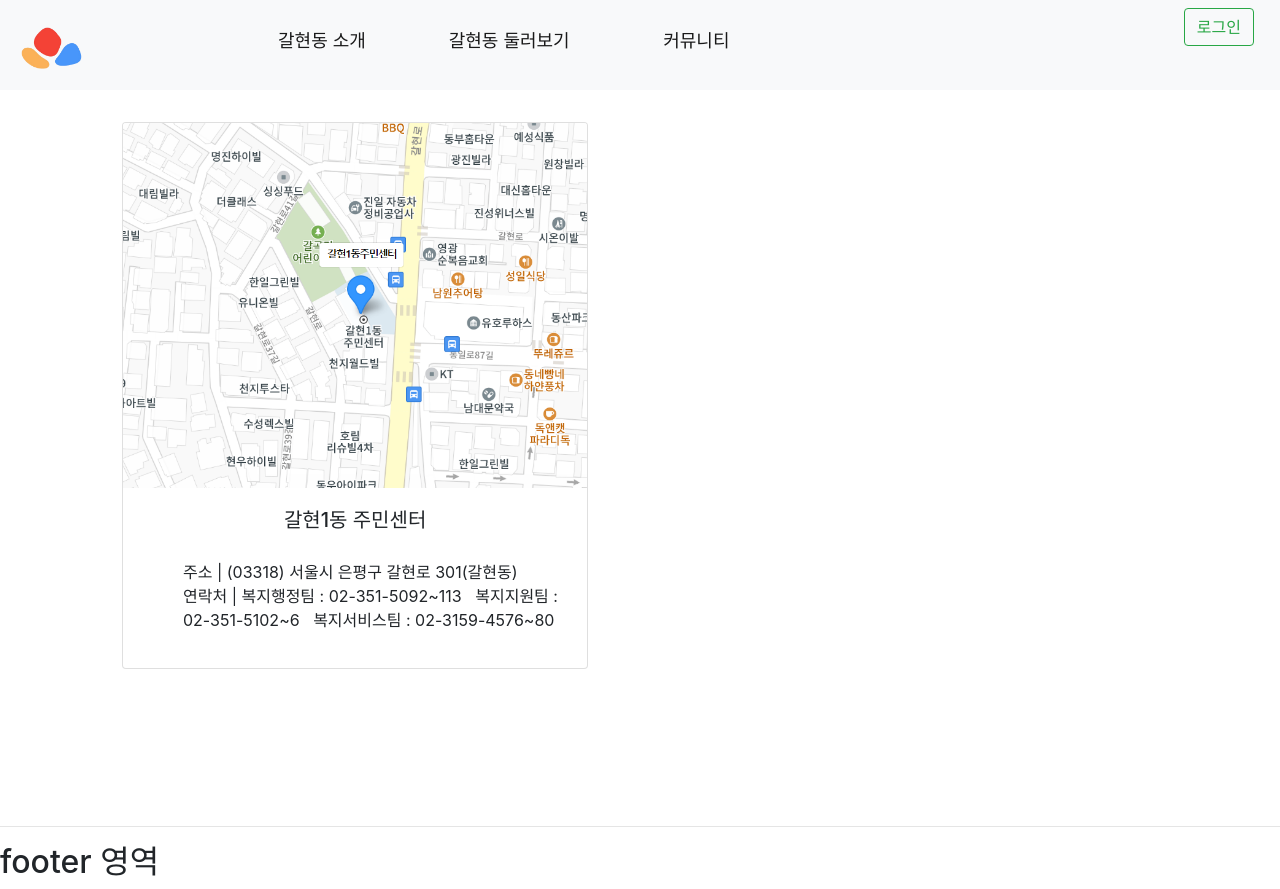
Repository: rnjsmj/pro01
Page: http://localhost/pro01/intro/map.jsp
An editor plug-in stored every save of this project. The page is shown before and after the next save, followed by the edit.
The browser window is 1280 px wide. The pictures show the whole page.
The page is served by Tomcat 9. Nobody is signed in. The application's start-up code is not run. Other server files are loaded and not shown. The template is opened directly, without the code that normally fills it, so the values that code supplies are empty.

Above is the page before, as saved 2024-04-14 16:11:24.

### pro01/WebContent/intro/map.jsp
<%@ page language="java" contentType="text/html; charset=UTF-8"
    pageEncoding="UTF-8"%>
<%@ taglib prefix="c" uri="http://java.sun.com/jsp/jstl/core" %>
<%@ taglib prefix="fmt" uri="http://java.sun.com/jsp/jstl/fmt" %>
<c:set var="path0" value="<%=request.getContextPath() %>" />
<!DOCTYPE html>
<html>
<head>
<meta charset="UTF-8">
<title>갈현동 소개 - 지역 유래</title>
<%@ include file="/head.jsp" %>
<style>
	#contents { background-color: #ffffff; height:100vh; text-align:center;justify-content:center; display:grid; }
	.page { padding : 2em; text-align : center; justify-content:center; width:1100px;}
	.map-main {text-align:center; width:100%}
	.div-map1 {float:left; text-align:center;  width:50%; box-sizing:border-box;}
	.div-map2 {float:right; text-align:center;  width:50%; box-sizing:border-box;}


	.box_list { display: inline-block; vertical-align: middle; list-style:none; margin-block-start: 1em;

    unicode-bidi: isolate;
    text-align:left;}

    .box_item {display:block; position:relative; list-style:none;
    display: inline-block;
    margin: 0;
    padding: 0;
    box-sizing: border-box;
    text-align:left;}
    .box_subject {
    top: 0;
    left: 0;
    font-size: 16px;
    line-height: 24px;
    display: inline-block;
    margin: 0;
    padding: 0;
    box-sizing: border-box;
    text-align:left;
    }
    .bax-text {
    	position: absolute;
    top: 0;
    left: 0;
    font-size: 16px;
    line-height: 24px;
    display: inline-block;
    margin: 0;
    padding: 0;
    box-sizing: border-box;
    }
    .card {width:90%;}



</style>
</head>
<body>
<div id="header">
	<%@ include file="/header.jsp" %>
</div>
<div id="contents">
	<section class="page" id="page1">

		<div class="map-main">
			<div class="div-map1">
				<div class="card" >
					<img class="card-img-top" src="${path0 }/images/main/map1.png" alt="갈현1동주민센터">
					<div class="card-body">
						<h5 class="card-title">갈현1동 주민센터</h5>
						<ul class="box_list">
							<li class="box_item address">
								<span class="box_subject">주소   |</span>
								<span class="box_text">(03318) 서울시 은평구 갈현로 301(갈현동)</span>
							</li>
							<li class="box_item contect">
								<span class="box_subject">연락처   |</span>
								<span class="box_text">복지행정팀 : 02-351-5092~113</span>&nbsp;&nbsp;
								<span class="box_text">복지지원팀 : 02-351-5102~6</span>&nbsp;&nbsp;
								<span class="box_text">복지서비스팀 : 02-3159-4576~80</span>

							</li>
						</ul>
					</div>
				</div>
			</div>

			<div class="div-map2">

			</div>
		</div>
	</section>
</div>
<div id="footer">
	<%@ include file="/footer.jsp" %>
</div>
</body>
</html>

### pro01/WebContent/head.jsp
<%@ page language="java" contentType="text/html; charset=UTF-8"
    pageEncoding="UTF-8"%>
<%@ taglib prefix="c" uri="http://java.sun.com/jsp/jstl/core" %>
<%@ taglib prefix="fmt" uri="http://java.sun.com/jsp/jstl/fmt" %>
<c:set var="ipath" value="<%= request.getContextPath() %>" />
<script src="${ipath }/js/jquery-3.2.1.min.js"></script>
<link rel="stylesheet" href="${ipath }/css/bootstrap.min.css" />
<link rel="stylesheet" href="https://cdnjs.cloudflare.com/ajax/libs/font-awesome/5.7.0/css/all.min.css" />
<script src="${ipath }/js/bootstrap.min.js"></script>
<meta name="viewport" content="width=device-width, initial-scale=1.0">
<meta name="subject" content="갈현동 소개 (Galhyeon-dong Intro)" />
<meta name="description" content="갈현동, 로데오거리, 맛집, 교통" />
<meta name="keywords" content="갈현동, 갈현1동, 갈현2동, 거리, 맛집, 교통편, 연신내역, 연신내, 구산역, 구산동, 구파발, 로데오거리, 연신내로데오거리, 메트로타워, 주점" />
<link rel="icon" href="${ipath }/images/favicon.png" />
<link rel="shortcut icon" href="${ipath}/images/favicon3.png" />
<meta property="og:type" content="website" />
<meta property="og:title" content="갈현동" />
<meta property="og:description" content="갈현동, 로데오거리, 맛집, 교통" />
<meta property="og:image" content="${ipath }/images/site.png" />
<meta property="og:url" content="http://localhost:8091" />
<link rel="stylesheet" href="${ipath }/css/common.css" />

### pro01/WebContent/header.jsp
<%@ page language="java" contentType="text/html; charset=UTF-8"
    pageEncoding="UTF-8"%>
<%@ taglib prefix="c" uri="http://java.sun.com/jsp/jstl/core" %>
<%@ taglib prefix="fmt" uri="http://java.sun.com/jsp/jstl/fmt" %>
<c:set var="hpath" value="<%=request.getContextPath() %>" />

<style>
	.navbar {width:100%; clear:both; display:block;}

	.navbar-brand { float:left; margin-right:80px; margin-top:0px; }
	#gnb {width:100%; height:90px; position:absoulute; top:0px; min-width:1100px; }
	.div-navbar {width:100%; display:block; float:left; }
	#gnb .navbar-nav { width:60%; margin:0auto; float:left; display:block; min-width:606px; text-align:center; margin-left:5%; height:80px;}
	#gnb .nav-item {float:left; position:relative; width:25%; height:80px; line-height:50px; text-align:center; display:block;  }
	#gnb .nav-item a {display:block; }
	.nav-link {font-size:18px;}


	#gnb .sub_menu {display:none; list-style:none; text-align:left; background-color:#ffffff; margin-top:10px; }
	#gnb .sub_menu a {text-decoration:none; color:black;}
	#gnb .sub_menu a:hover {font-weight:600; color:#69634e; }
	#gnb .item .sub_menu li {background-color:#ffffff; }
	#gnb .nav-item:hover .sub_menu {display:block; }
	#gnb .nav-item:hover a.nav-link{font-weight:600; }
	#gnb a {text-decoration:none;}

	.mem-manage {text-align:right;   width:200px; float:right;}
	.ul-mem {list-style:none; }
	.li-mem {list-style:none; margin-left:10px; margin-right:10px; float:right; display:block;}


</style>
<header>
	<nav class="navbar navbar-light bg-light" id="gnb">
	<div class="div-navbar">
  		<a class="navbar-brand" href="/pro01"><img alt="갈현동" src="${hpath }/images/favicon3.png" width=70px></a>
		<ul class="navbar-nav">
    		<li class="nav-item active"><a class="nav-link">갈현동 소개</a>
    			<ul class="sub_menu">
    				<li><a href="${hpath }/intro/origin.jsp">지명유래</a></li>
    				<li><a href="${hpath }/intro/map.jsp">오시는 길</a></li>
    			</ul>
    		</li>
    		<li class="nav-item active"><a class="nav-link">갈현동 둘러보기</a>
    			<ul class="sub_menu">
    				<li><a href="">주요시설 안내</a></li>
    				<li><a href="">맛집 안내</a></li>
    				<li><a href="${hpath }/TrafficList.do">교통편 안내</a></li>
    			</ul>
    		</li>
    		<li class="nav-item active"><a class="nav-link">커뮤니티</a>
    			<ul class="sub_menu">
    				<li><a href="${hpath }/NoticeList.do">공지사항</a></li>
    				<li><a href="${hpath }/QnaList.do">묻고답하기</a></li>
    				<li><a href="">자료실</a></li>
    			</ul>
    		</li>
    		<c:if test="${not empty sid }">
				<c:if test="${!sid.equals('admin')}">
				<li class="nav-item active"><a class="nav-link href="${hpath }/MemberUpdate.do?id=${sid}">마이페이지</a></li>
				</c:if>
				<c:if test="${sid.equals('admin') }">
				<li class="nav-item active"><a class="nav-link href="${hpath }/admin">관리자페이지</a></li>
				</c:if>
			</c:if>
  		</ul>
  		<div class="mem-manage justify-content-end">
  			<ul class="ul-mem">
  				<c:if test="${not empty sid }">
  				<li class="li-mem">
  					<img alt="이미지" src="${hpath }/images/member-icon.svg" width=20px;>
  					<strong>${sname }</strong>
  				</li>
  				<li class="li-mem">
  					<a class="btn btn-outline-success my-2 my-sm-0" href="${hpath }/Logout.do">로그아웃</a>
  				</li>
  				</c:if>
  				<c:if test="${empty sid}">
  				<li class="li-mem">
  					<a class="btn btn-outline-success my-2 my-sm-0" href="${hpath }/member/login.jsp" >로그인</a>
  				</li>
  				</c:if>
  			</ul>
  		</div>
  	</div>
	</nav>
</header>

### pro01/WebContent/footer.jsp
<%@ page language="java" contentType="text/html; charset=UTF-8"
    pageEncoding="UTF-8"%>
<hr>
<footer>
	<h2>footer 영역</h2>
</footer>

### pro01/WebContent/css/common.css
@charset "UTF-8";
#contents {min-height:100%; height:auto; padding-bottom:100px; }
#header {clear:both; height:90px;  min-width:1100px; }
#footer { /*background-color:#2c2c2c; color:#fff;
	position:relative; transform:translateY(-100%); height:100px;*/ }

Loaded but not shown: pro01/WebContent/js/jquery-3.2.1.min.js (library); pro01/WebContent/css/bootstrap.min.css (library); pro01/WebContent/js/bootstrap.min.js (library)

After the next save:
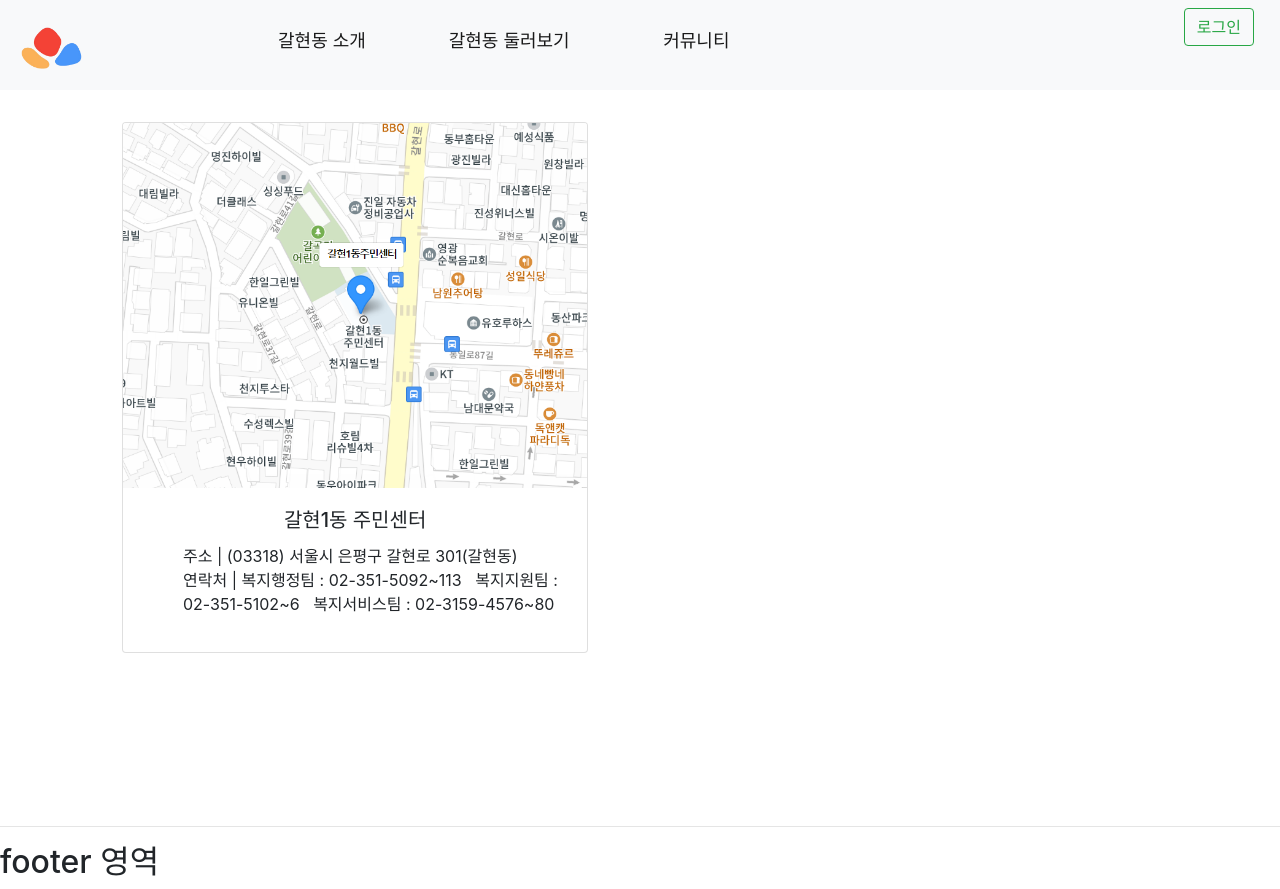
Saved 12 s later.
--- a/pro01/WebContent/intro/map.jsp
+++ b/pro01/WebContent/intro/map.jsp
@@ -17,7 +17,7 @@
 	.div-map2 {float:right; text-align:center;  width:50%; box-sizing:border-box;}
 
 
-	.box_list { display: inline-block; vertical-align: middle; list-style:none; margin-block-start: 1em;
+	.box_list { display: inline-block; vertical-align: middle; list-style:none;
 
     unicode-bidi: isolate;
     text-align:left;}
